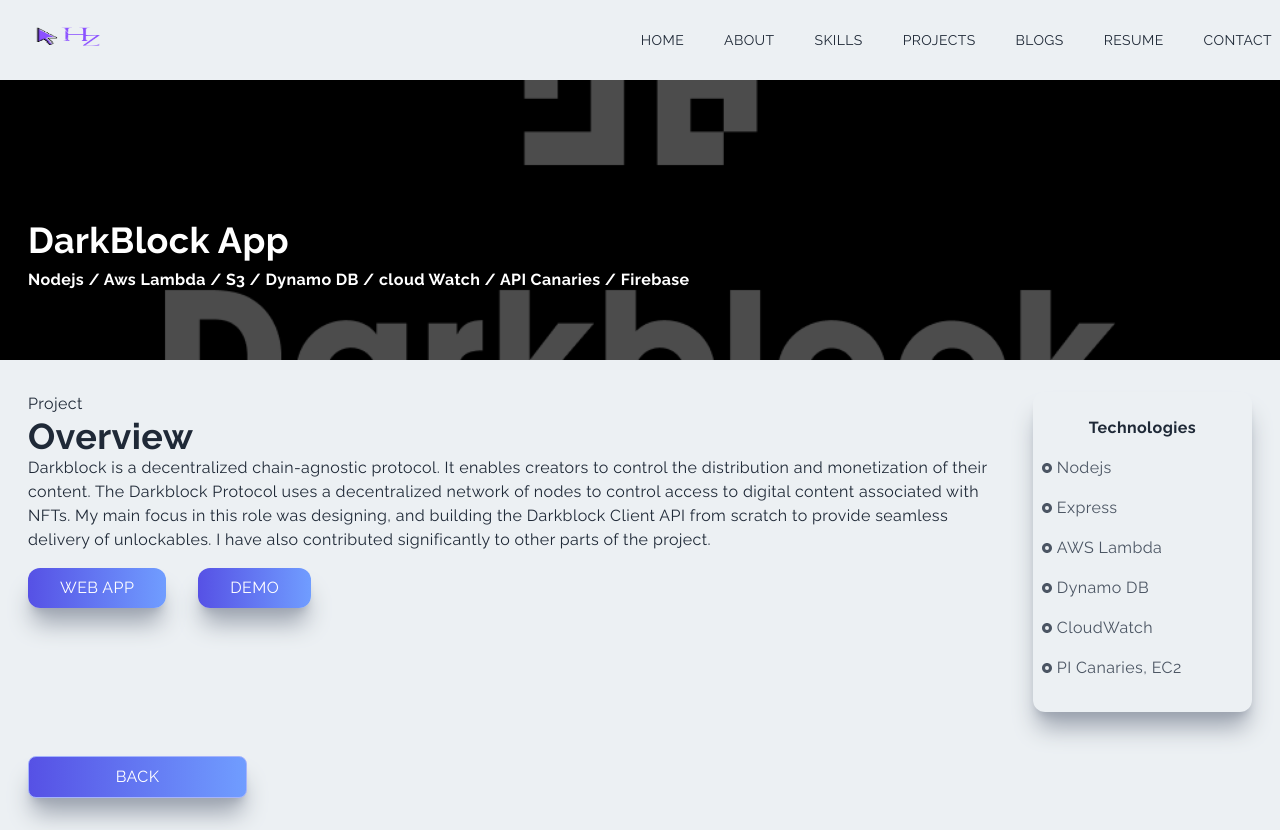
Repository: Hasnainzxc/testofolio
Page: /darkblock
These files come from the project's save history. The page is drawn as it stood at one moment and after the next save; the edit follows.
The browser window is 1280 px wide. The pictures show the whole page.
The project was rebuilt for these pictures with package versions that can differ from the ones it lists, and the page was loaded fresh each time. The framework's server and built-in components were replaced by stand-ins that run in the browser. Also part of the build but not shown: next.config.js.

Above is the page before, as saved 2023-01-29 06:16:05.

After the next save:
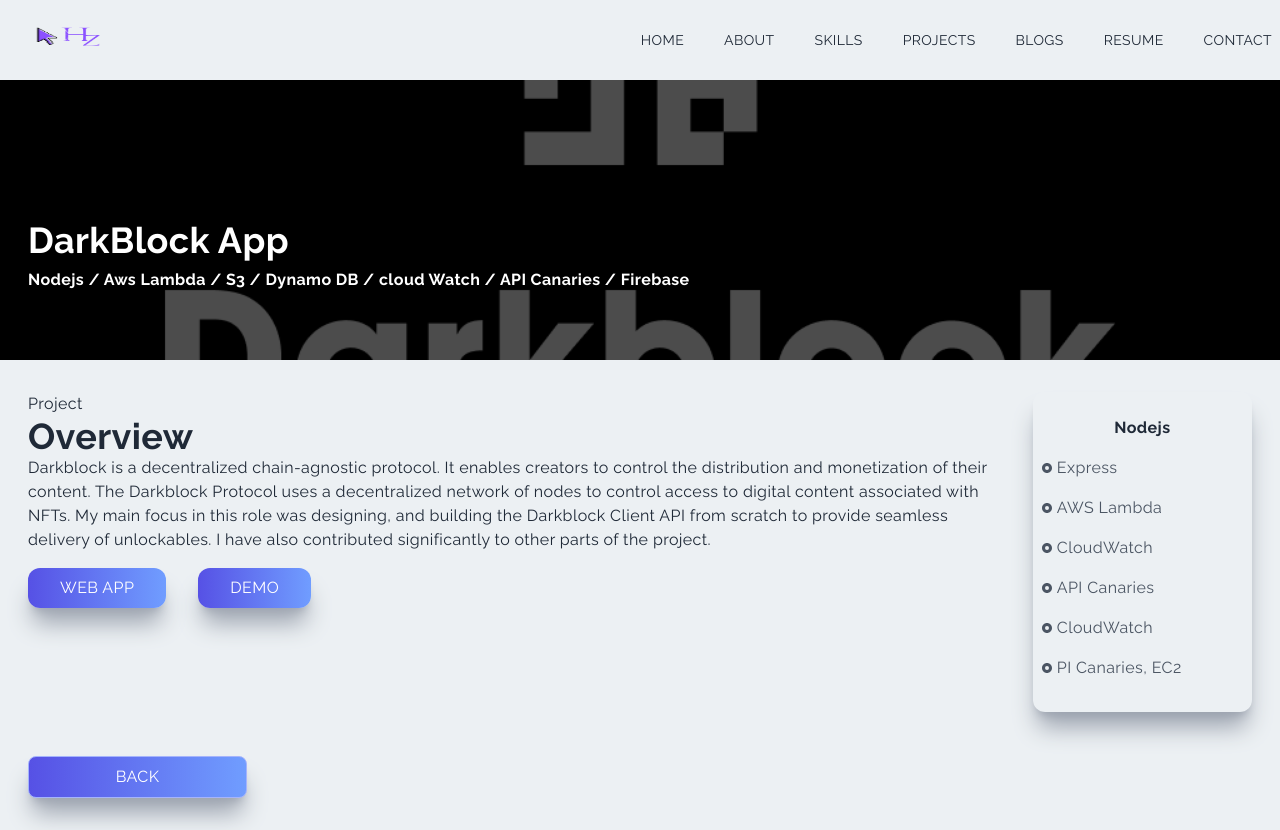
Saved 72 min 17 s later.
--- a/pages/darkblock.jsx
+++ b/pages/darkblock.jsx
@@ -51,11 +51,8 @@
         </div>
         <div className='col-span-4 md:col-span-1 shadow-xl shadow-gray-400 rounded-xl py-4'>
           <div className='p-2'>
-            <p className='text-center font-bold pb-2'>Technologies</p>
+            <p className='text-center font-bold pb-2'>Nodejs</p>
             <div className='grid grid-cols-3 md:grid-cols-1'>
-              <p className='text-gray-600 py-2 flex items-center'>
-                <RiRadioButtonFill className='pr-1' /> Nodejs
-              </p>
               <p className='text-gray-600 py-2 flex items-center'>
                 <RiRadioButtonFill className='pr-1' /> Express
               </p>
@@ -63,7 +60,10 @@
                 <RiRadioButtonFill className='pr-1' /> AWS Lambda
               </p>
               <p className='text-gray-600 py-2 flex items-center'>
-                <RiRadioButtonFill className='pr-1' />  Dynamo DB
+                <RiRadioButtonFill className='pr-1' /> CloudWatch
+              </p>
+              <p className='text-gray-600 py-2 flex items-center'>
+                <RiRadioButtonFill className='pr-1' />  API Canaries
               </p>
               <p className='text-gray-600 py-2 flex items-center'>
                 <RiRadioButtonFill className='pr-1' /> CloudWatch
